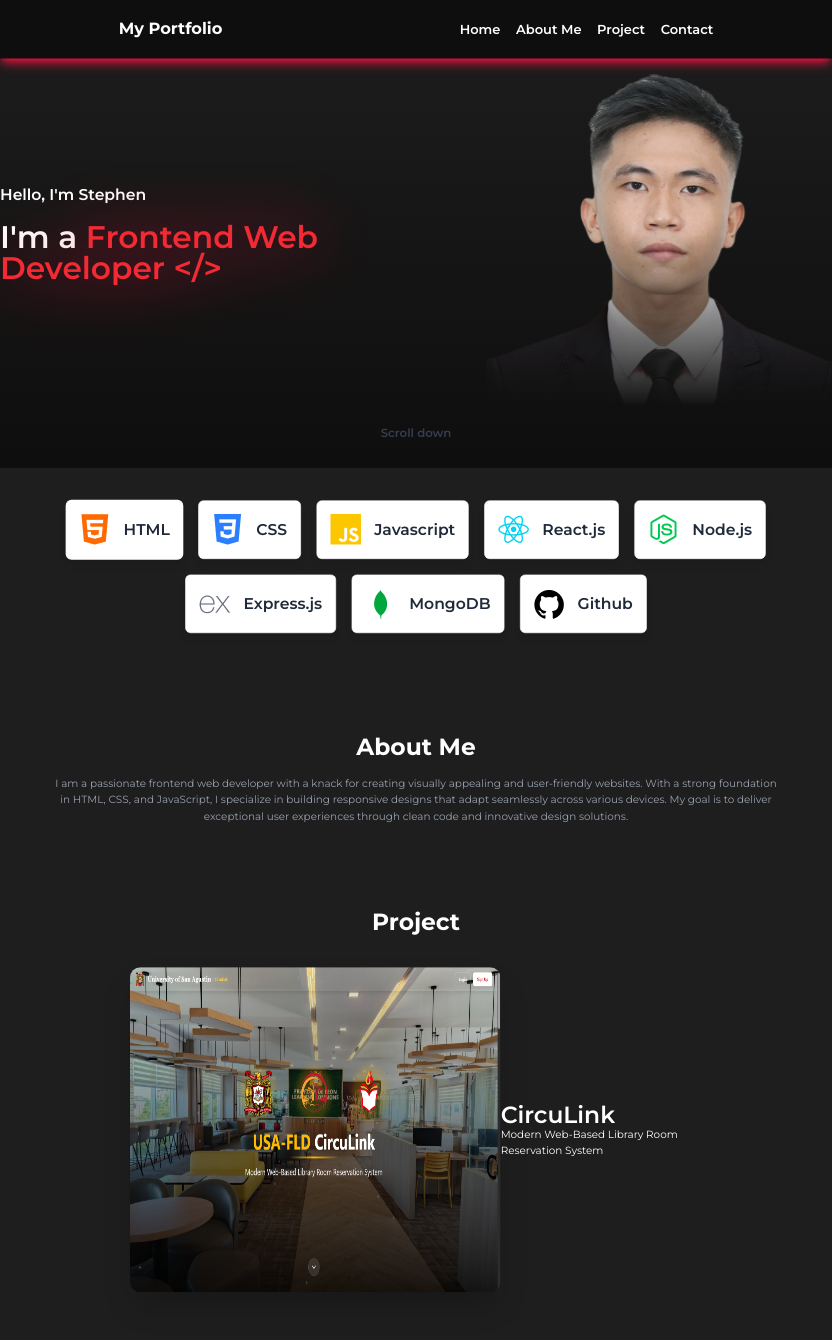
Repository: KaguyaKawaii/portfolio
Page: / (app in frontend/)
These files come from the project's save history. The page is drawn as it stood at one moment and after the next save; the edit follows.
The browser window is 1280 px wide. The pictures show the whole page, at 65% of full size.
Some web libraries are served in a nearby version. The project was rebuilt for these pictures with package versions that can differ from the ones it lists, and the page was loaded fresh each time. Also part of the build but not shown: frontend/vite.config.js.

Above is the page before, as saved 2025-10-28 23:32:10.

### frontend/src/main.jsx
import { StrictMode } from 'react'
import { createRoot } from 'react-dom/client'
import './index.css'
import App from './App.jsx'
import "devicon/devicon.min.css";



createRoot(document.getElementById('root')).render(
  <StrictMode>
    <App />
  </StrictMode>,
)

### frontend/src/index.css
/* ✅ 1️⃣ Google Fonts first */
@import url('https://fonts.googleapis.com/css2?family=Montserrat:wght@400;500;600;700&display=swap');

/* ✅ 2️⃣ Then Tailwind (only once) */
@import "tailwindcss";

/* ✅ 3️⃣ Optional: your own CSS rules */
body {
  font-family: 'Montserrat', sans-serif;
}

html {
  scroll-behavior: smooth;
}

### frontend/src/App.jsx
import { useState } from 'react'
import pic from './assets/image.png'
import project from './assets/project.png'
import project2 from './assets/project2.png'


function App() {

  return (
    <>
      <header className='bg-[#0F0E0E] h-[90px] w-full shadow-lg shadow-[#dc143c] fixed'>
        <div className='flex justify-around items-center h-full text-white'>
          <h1 className='font-bold font-montserrat text-[25px]'>My Portfolio</h1>

          <div className='flex font-montserrat gap-6 font-semibold text-[20px]'>

            <button
              onClick={() => {
                document.getElementById("home").scrollIntoView();
              }}
              className="hover:text-red-500 duration-300 cursor-pointer"
            >

            <p className=''>Home</p>
            </button>

            <button
              onClick={() => {
                document.getElementById("about").scrollIntoView();
              }}
              className="hover:text-red-500 duration-300 cursor-pointer"
            >

            <p>About Me</p>
            </button>

            <button
              onClick={() => {
                document.getElementById("project").scrollIntoView();
              }}
              className="hover:text-red-500 duration-300 cursor-pointer"
            >

            <p>Project</p>
            </button>

            <p>Contact</p>
          </div>
        </div>
      </header>

      <body className='bg-linear-180 from-[#1E1E1E] to-[#0F0E0E] h-screen text-white'>
        <div id='home' className='flex justify-around items-center h-screen'>
          <div>
            <div className='text-2xl'>
              <h1 className='font-semibold'>Hello, I'm Stephen</h1>

            </div>
            <div className='mt-6 animate-fade-in'>
              <p className='font-semibold text-5xl'>I'm a  <span className="drop-shadow-[0_0_50px_#dc143c] text-red-500 animate-pulse">Frontend Web Developer &lt;/&gt;</span></p>

            </div>
          </div>

          <div className=''>
          <img
            src={pic}
            alt="profile"
            className="w-full h-full object-cover rounded-4xl"
            style={{
              maskImage: "linear-gradient(to bottom, black 50%, transparent 100%)",
              WebkitMaskImage: "linear-gradient(to bottom, black 50%, transparent 100%)",
            }}
          />
          </div>
        </div>

        <div className='flex justify-center items-center text-gray-700 text-lg font-montserrat font-semibold animate-pulse absolute bottom-10 w-full'>
          Scroll down
        </div>

          {/* Body 2 */}
          <div className='h-full w-full pt-20 pb-20 bg-[#1E1E1E] '>

            <div className='flex gap-6 justify-center items-center h-[20vh] font-semibold text-3xl text-white'>
              <div className="flex flex-wrap gap-6 justify-center">

                <div className="flex flex-wrap gap-6 justify-center text-white">
                  {/* HTML5 */}
                  <div className="flex items-center hover:scale-110 transition-all ring-1 hover:ring-red-100 rounded-lg p-5 gap-5 bg-white shadow-lg hover:shadow-red-500 duration-500">
                    <i className="devicon-html5-plain text-orange-500 text-5xl"></i>
                    <p className='text-2xl text-gray-800 font-semibold'>HTML</p>
                  </div>

                  {/* CSS3 */}
                  <div className="flex items-center hover:scale-110 transition-transform border rounded-lg p-5 gap-5 bg-white shadow-lg hover:shadow-red-500 duration-500">
                    <i className="devicon-css3-plain text-blue-500 text-5xl"></i>
                    <p className='text-2xl text-gray-800 font-semibold'>CSS</p>
                  </div>

                  {/* JavaScript */}
                  <div className="flex items-center hover:scale-110 transition-transform border rounded-lg p-5 gap-5 bg-white shadow-lg hover:shadow-red-500 duration-500">
                    <i className="devicon-javascript-plain text-yellow-400 text-5xl"></i>
                    <p className='text-2xl text-gray-800 font-semibold'>Javascript</p>
                  </div>

                  {/* React.js */}
                  <div className="flex items-center hover:scale-110 transition-transform border rounded-lg p-5 gap-5 bg-white shadow-lg hover:shadow-red-500 duration-500">
                    <i className="devicon-react-original text-cyan-400 text-5xl"></i>
                    <p className='text-2xl text-gray-800 font-semibold'>React.js</p>
                  </div>



                  {/* Node.js */}
                  <div className="flex items-center hover:scale-110 transition-transform border rounded-lg p-5 gap-5 bg-white shadow-lg hover:shadow-red-500 duration-500">
                    <i className="devicon-nodejs-plain text-green-500 text-5xl"></i>
                    <p className='text-2xl text-gray-800 font-semibold'>Node.js</p>
                  </div>

                  {/* Express.js */}
                  <div className="flex items-center hover:scale-110 transition-transform border rounded-lg p-5 gap-5 bg-white shadow-lg hover:shadow-red-500 duration-500">
                    <i className="devicon-express-original text-gray-500 text-5xl"></i>
                    <p className='text-2xl text-gray-800 font-semibold'>Express.js</p>
                  </div>

                  {/* MongoDB */}
                  <div className="flex items-center hover:scale-110 transition-transform border rounded-lg p-5 gap-5 bg-white shadow-lg hover:shadow-red-500 duration-500">
                    <i className="devicon-mongodb-plain text-green-600 text-5xl"></i>
                    <p className='text-2xl text-gray-800 font-semibold'>MongoDB</p>
                  </div>

                  {/* GitHub */}
                  <div className="flex items-center hover:scale-110 transition-transform border rounded-lg p-5 gap-5 bg-white shadow-lg hover:shadow-red-500 duration-500">
                    <i className="devicon-github-original text-black text-5xl"></i>
                    <p className='text-2xl text-gray-800 font-semibold'>Github</p>

                  </div>
                </div>

              </div>

            </div>



          </div>

          <div id='about' className='h-full pt-6 pb-6 bg-[#1E1E1E]'>
              <h1 className='text-white font-montserrat text-4xl font-bold text-center pt-20'>About Me</h1>
              <p className='text-gray-400 font-montserrat text-center mt-6 mx-20 leading-relaxed'>
                I am a passionate frontend web developer with a knack for creating visually appealing and user-friendly websites. With a strong foundation in HTML, CSS, and JavaScript, I specialize in building responsive designs that adapt seamlessly across various devices. My goal is to deliver exceptional user experiences through clean code and innovative design solutions.
              </p>

          </div>

          <div id='project' className='h-full pt-6 pb-6 bg-[#1E1E1E]'>

            <h1 className='text-white font-montserrat text-4xl font-bold text-center pt-20'>Project</h1>

              <div className='flex flex-col'>
                <div className='flex items-center justify-between mx-50  h-[600px]'>

                  <div>
                    <a href="https://circulink-beta-testing.vercel.app/" target="_blank" rel="">
                    <img src={project}
                    className='rounded-2xl shadow-2xl hover:shadow-red-800 transition-all duration-500 hover:scale-110 w-[800px] h-[500px]'
                    alt="" />
                    </a>
                  </div>

                  <div className=''>
                    <h1 className='text-4xl font-semibold' >CircuLink</h1>
                    <p>Modern Web-Based Library Room Reservation System</p>
                  </div>

                </div>

                {/* <div className='flex items-center justify-between mx-50  h-[600px]'>
                   <div className='text-left'>
                    <h1 className='text-4xl font-semibold' >DeliverDash</h1>
                    <p>Fast and Reliable Delivery Services</p>
                  </div>

                  <div>
                    <img src={project2}
                    className='rounded-2xl  shadow-2xl hover:shadow-red-800 transition-all duration-500 hover:scale-110 w-[800px] h-[500px]'
                    alt="" />
                  </div>



                </div> */}


              </div>
          </div>
      </body>




    </>
  )
}

export default App

Loaded but not shown: frontend/index.html (common file)

After the next save:
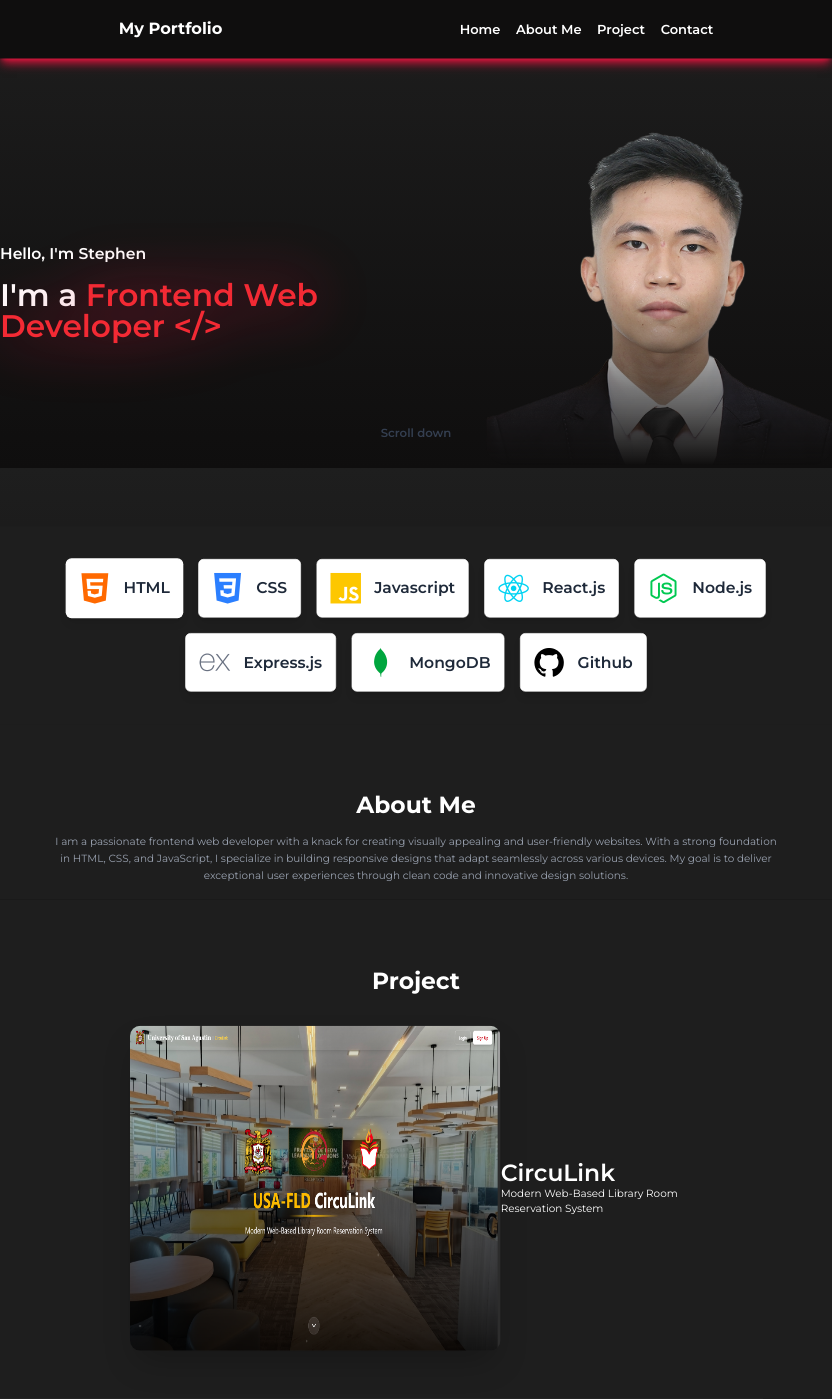
Saved 4 min 8 s later.
--- a/frontend/src/App.jsx
+++ b/frontend/src/App.jsx
@@ -8,7 +8,7 @@
 
   return (
     <>
-      <header className='bg-[#0F0E0E] h-[90px] w-full shadow-lg shadow-[#dc143c] fixed'>
+      <header className='bg-[#0F0E0E] h-[90px] w-full shadow-lg shadow-[#dc143c] relative'>
         <div className='flex justify-around items-center h-full text-white'>
           <h1 className='font-bold font-montserrat text-[25px]'>My Portfolio</h1>
 

After the 2 saves that followed:
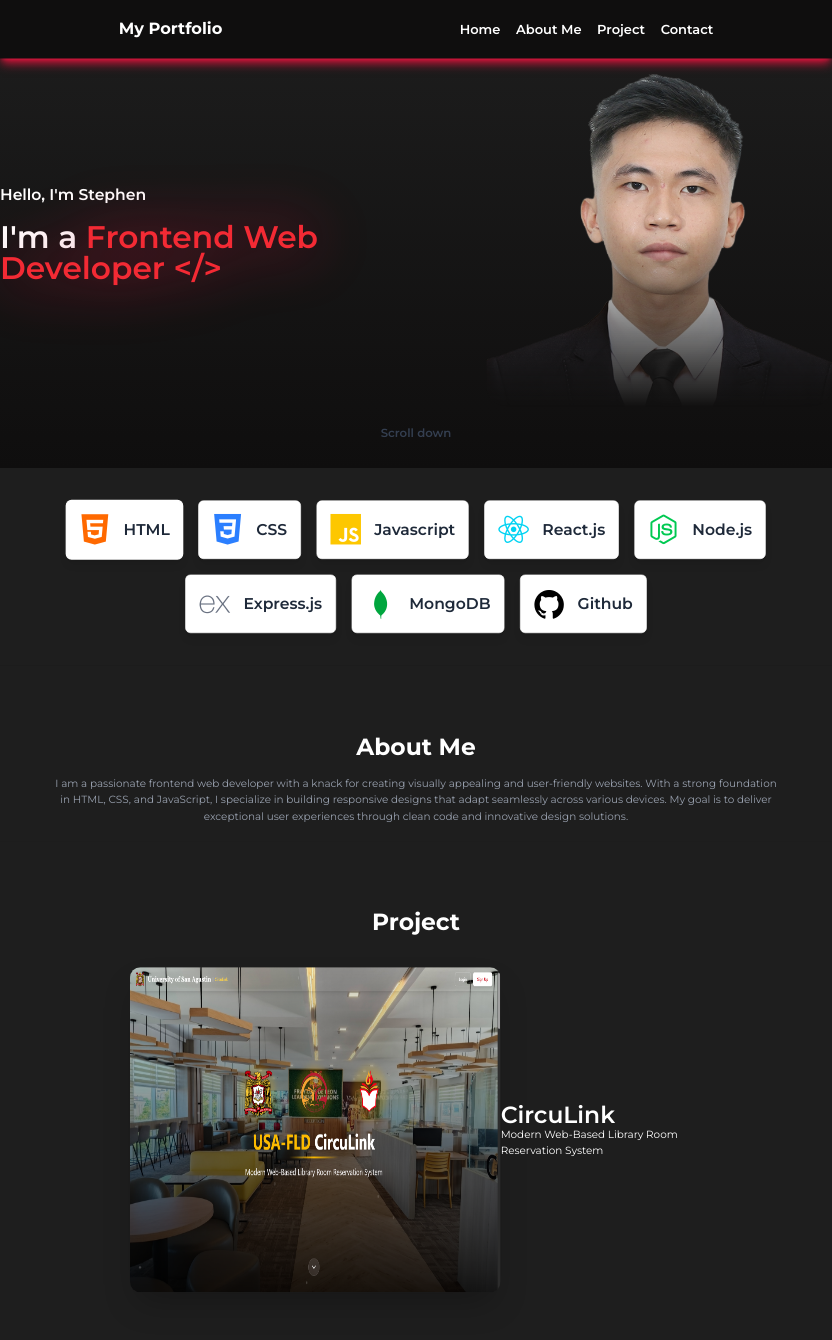
The 2 saves are shown as one change because 1 left the picture as it was.
The last was saved 10 s later.
--- a/frontend/src/App.jsx
+++ b/frontend/src/App.jsx
@@ -8,7 +8,7 @@
 
   return (
     <>
-      <header className='bg-[#0F0E0E] h-[90px] w-full shadow-lg shadow-[#dc143c] relative'>
+      <header className='bg-[#0F0E0E] h-[90px] w-full shadow-lg shadow-[#dc143c] fixed top-0 z-50'>
         <div className='flex justify-around items-center h-full text-white'>
           <h1 className='font-bold font-montserrat text-[25px]'>My Portfolio</h1>
 
